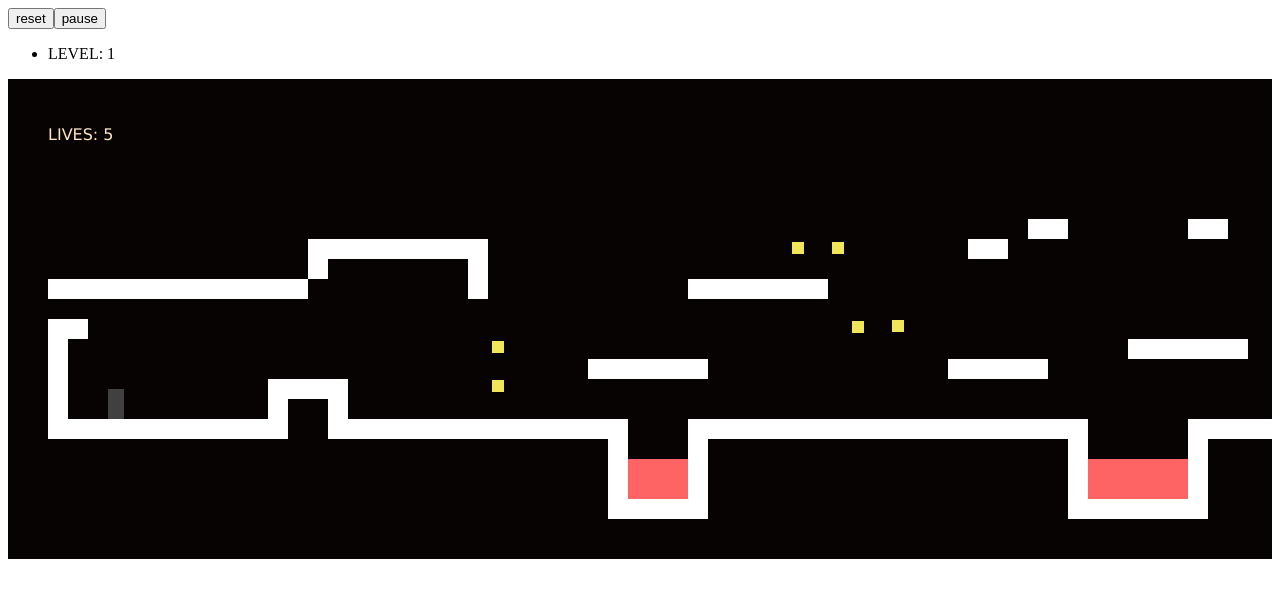
Repository: luccas-teddy/examenlucas
Page: index.html
The author's editor kept a copy of each file at every save. The page is drawn from the files as they stood at one save, then again after the next save.
The browser window is 1280 px wide. The pictures show the whole page.

Above is the page before, as saved 2021-02-11 22:54:28.

### index.html
<!doctype html>
<table>
<tr>
  <button id="reset" class="gamebutton" onclick="this.blur();">reset</button>
  <button id="pause" class="gamebutton" onclick="this.blur();">pause</button>
</tr>


<ul>
  <li id="lives" class="statss">LIVES: 5</li>
  <li id="level" class="stats">LEVEL: 1</li>
</ul>
</table>


<script src="code/chapter/16_game.js"></script>
<script src="code/levels.js"></script>

<link rel="stylesheet" href="css/game.css">

<body>
  <script>
    runGame(GAME_LEVELS, DOMDisplay);
  </script>
</body>

### code/levels.js
var GAME_LEVELS = [`
................................................................................
................................................................................
................................................................................
................................................................................
................................................................................
................................................................................
..................................................................###...........
...................................................##......##....##+##..........
...............#########...............o.o......##...............#+++#..........
...............#.......#.........................................##+##..........
..#############........#..........#######.........................#v#...........
............................................................................##..
..##......................................o.o................................#..
..#.....................o...............................######.............#....
..#..........................######............#####.....................o.#....
..#..........####.......o....................................................#..
..#..@.......#..#................................................#####.......#..
..############..###############...####################.....#######...#########..
..............................#...#..................#.....#....................
..............................#+++#..................#+++++#....................
..............................#+++#..................#+++++#....................
..............................#####..................#######....................
................................................................................
................................................................................
`,`
................................................................................
................................................................................
....###############################.............................................
...##.............................##########################################....
...#.......................................................................##...
...#....o...................................................................#...
...#................................................=.......................#...
...#.o........################...................o..o...........|........o..#...
...#.........................#..............................................#...
...#....o....................##########.....###################....##########...
...#..................................#+++++#.................#....#............
...###############....oo......=o.o.o..#######.###############.#....#............
.....#...............o..o.............#.......#......#........#....#............
.....#....................#############..######.####.#.########....########.....
.....#.............########..............#...........#.#..................#.....
.....#..........####......####...#####################.#..................#.....
.....#........###............###.......................########....########.....
.....#.......##................#########################......#....#............
.....#.......#................................................#....#............
.....###......................................................#....#............
.......#...............o...........................................#............
.......#...............................................o...........#............
.......#########......###.....############.........................##...........
.............#..................#........#####....#######.o.........########....
.............#++++++++++++++++++#............#....#.....#..................#....
.............#++++++++++++++++++#..........###....###...####.o.............#....
.............####################..........#........#......#.....|.........#....
...........................................#++++++++#......####............#....
...........................................#++++++++#.........#........@...#....
...........................................#++++++++#.........##############....
...........................................##########...........................
................................................................................
`,`
......................................#++#........................#######....................................#+#..
......................................#++#.....................####.....####.................................#+#..
......................................#++##########...........##...........##................................#+#..
......................................##++++++++++##.........##.............##...............................#+#..
.......................................##########++#.........#....................................o...o...o..#+#..
................................................##+#.........#.....o...o....................................##+#..
.................................................#+#.........#................................###############++#..
.................................................#v#.........#.....#...#........................++++++++++++++##..
.............................................................##..|...|...|..##............#####################...
..............................................................##+++++++++++##............v........................
...............................................................####+++++####......................................
...............................................#.....#............#######........###.........###..................
...............................................#.....#...........................#.#.........#.#..................
...............................................#.....#.............................#.........#....................
...............................................#.....#.............................##........#....................
...............................................##....#.............................#.........#....................
...............................................#.....#......o..o.....#...#.........#.........#....................
...............#######........###...###........#.....#...............#...#.........#.........#....................
..............##.....##.........#...#..........#.....#.....######....#...#...#########.......#....................
.............##.......##........#.o.#..........#....##...............#...#...#...............#....................
.....@.......#.........#........#...#..........#.....#...............#...#...#...............#....................
....###......#.........#........#...#..........#.....#...............#...#####...######......#....................
....#.#......#.........#.......##.o.##.........#.....#...............#.....o.....#.#.........#....................
++++#.#++++++#.........#++++++##.....##++++++++##....#++++++++++.....#.....=.....#.#.........#....................
++++#.#++++++#.........#+++++##.......##########.....#+++++++##+.....#############.##..o.o..##....................
++++#.#++++++#.........#+++++#....o.................##++++++##.+....................##.....##.....................
++++#.#++++++#.........#+++++#.....................##++++++##..+.....................#######......................
++++#.#++++++#.........#+++++##.......##############++++++##...+..................................................
++++#.#++++++#.........#++++++#########++++++++++++++++++##....+..................................................
++++#.#++++++#.........#++++++++++++++++++++++++++++++++##.....+..................................................
`,`
..............................................................................................................
..............................................................................................................
........................................o.....................................................................
..............................................................................................................
........................................#.....................................................................
........................................#.....................................................................
........................................#.....................................................................
........................................#.....................................................................
.......................................###....................................................................
.......................................#.#.................+++........+++..###................................
.......................................#.#.................+#+........+#+.....................................
.....................................###.###................#..........#......................................
......................................#...#.................#...oooo...#.......###............................
......................................#...#.................#..........#......#+++#...........................
......................................#...#.................############.......###............................
.....................................##...##......#...#......#................................................
......................................#...#########...########..............#.#...............................
......................................#...#...........#....................#+++#..............................
......................................#...#...........#.....................###...............................
.....................................##...##..........#.......................................................
......................................#...#=.=.=.=....#............###........................................
......................................#...#...........#...........#+++#.......................................
......................................#...#....=.=.=.=#.....o......###.......###..............................
.....................................##...##..........#.....................#+++#.............................
..............................o...o...#...#...........#.....#................##v........###...................
......................................#...#...........#..............#.................#+++#..................
.............................###.###.###.###.....o.o..#++++++++++++++#...................v#...................
.............................#.###.#.#.###.#..........#++++++++++++++#........................................
.............................#.............#...#######################........................................
.............................##...........##.........................................###......................
..###.........................#.....#.....#.........................................#+++#................###..
..#.#.........................#....###....#..........................................###.................#.#..
..#...........................#....###....#######........................#####.............................#..
..#...........................#...........#..............................#...#.............................#..
..#...........................##..........#..............................#.#.#.............................#..
..#.......................................#.......|####|....|####|.....###.###.............................#..
..#................###.............o.o....#..............................#.........###.....................#..
..#...............#####.......##..........#.............................###.......#+++#..........#.........#..
..#...............o###o.......#....###....#.............................#.#........###..........###........#..
..#................###........#############..#.oo.#....#.oo.#....#.oo..##.##....................###........#..
..#......@..........#.........#...........#++#....#++++#....#++++#....##...##....................#.........#..
..#############################...........#############################.....################################..
..............................................................................................................
..............................................................................................................
`,`
..................................................................................................###.#.......
......................................................................................................#.......
..................................................................................................#####.......
..................................................................................................#...........
..................................................................................................#.###.......
..........................o.......................................................................#.#.#.......
.............................................................................................o.o.o###.#.......
...................###................................................................................#.......
.......+..o..+................................................#####.#####.#####.#####.#####.#####.#####.......
.......#.....#................................................#...#.#...#.#...#.#...#.#...#.#...#.#...........
.......#=.o..#............#...................................###.#.###.#.###.#.###.#.###.#.###.#.#####.......
.......#.....#..................................................#.#...#.#...#.#...#.#...#.#...#.#.....#.......
.......+..o..+............o..................................####.#####.#####.#####.#####.#####.#######.......
..............................................................................................................
..........o..............###..............................##..................................................
..............................................................................................................
..............................................................................................................
......................................................##......................................................
...................###.........###............................................................................
..............................................................................................................
..........................o.....................................................#......#......................
..........................................................##.....##...........................................
.............###.........###.........###.................................#..................#.................
..............................................................................................................
.................................................................||...........................................
..###########.................................................................................................
..#.........#.o.#########.o.#########.o.##................................................#...................
..#.........#...#.......#...#.......#...#.................||..................#.....#.........................
..#..@......#####...o...#####...o...#####.....................................................................
..#######.....................................#####.......##.....##.....###...................................
........#=..................=................=#...#.....................###...................................
........#######################################...#+++++++++++++++++++++###+++++++++++++++++++++++++++++++++++
..................................................############################################################
..............................................................................................................
`];

if (typeof module != "undefined" && module.exports && (typeof window == "undefined" || window.exports != exports))
  module.exports = GAME_LEVELS;
if (typeof global != "undefined" && !global.GAME_LEVELS)
  global.GAME_LEVELS = GAME_LEVELS;
async function runGame(plans, Display) {
  for (let level = 0; level < plans.length;) {
    let status = await runLevel(new Level(plans[level]),
                                Display);
    if (status == "won") level++;
  }
  console.log("You've won!");
}

async function runGame(plans, Display)
{
  this.lives = 5;
  document.getElementById("reset").addEventListener("click", () => { document.location.reload(); })
  document.getElementById("pause").addEventListener("click", () => { this.paused; })
  this.livesView = document.getElementById("lives");
  this.levelView = document.getElementById("level");

  for (let level = 0; level < plans.length && lives > 0;)
  {
    let status = await runLevel(new Level(plans[level]),
      Display);
    if (status == "won")
    {
      level++;
      this.levelView.innerHTML = "LEVEL: " + `${ level + 1 }`;
    }
    else
    {
      lives--;
      this.livesView.innerHTML = "LIVES: " + this.lives;
    }

  }
  if (lives > 0)
  {
    console.log("You've won!");
    document.location.reload();
    document.write();

  }
  else
  {
    console.log("Perdiste!");
    document.location.reload();
  }
}

### css/game.css
.background    { background-color:rgb(8, 3, 3)
}

 .background     {background :rgb (55, 167, 250)
                  background-image url(bosque.jpg);
                  background-repeat :no-repeat;
                  background-size: cover ;
                   table-layout: fixed;
                   border-spacing:  0;   }

.background td   { padding: 0;   }
.lava            { background: rgb(255, 100, 100); }
.wall            { background: rgb(255, 255, 255);   }

.actor  { position: absolute;  }

.coin   { background: rgb(241, 229, 89); }
.player { background: rgb(64, 64, 64); }

.game {
  overflow: hidden;
  max-width: 1500px;
  max-height: 820px;
  position: relative;
}

.lost .player {
  background: rgb(160, 64, 64);
}
.won .player {
  box-shadow: -4px -7px 8px white, 4px -7px 8px white;
}
stats{
     list-style-type: none;
  font-family: "Lucida Sans", "Lucida Sans Regular", "Lucida Grande",
    "Lucida Sans Unicode", Geneva, Verdana, sans-serif;
  text-transform: uppercase;
  color: rgb(196, 200, 255);
  z-index: 10;
  position: absolute;
  text-align: left;
  margin-top: 40px;
}
.statss{
   list-style-type: none;
  font-family: "Lucida Sans", "Lucida Sans Regular", "Lucida Grande",
    "Lucida Sans Unicode", Geneva, Verdana, sans-serif;
  text-transform: uppercase;
  color: bisque;
  z-index: 10;
  position: absolute;
  text-align: left;
  margin-top: 80px;
}

Loaded but not shown: code/chapter/16_game.js (359 lines, source omitted)

After the next save:
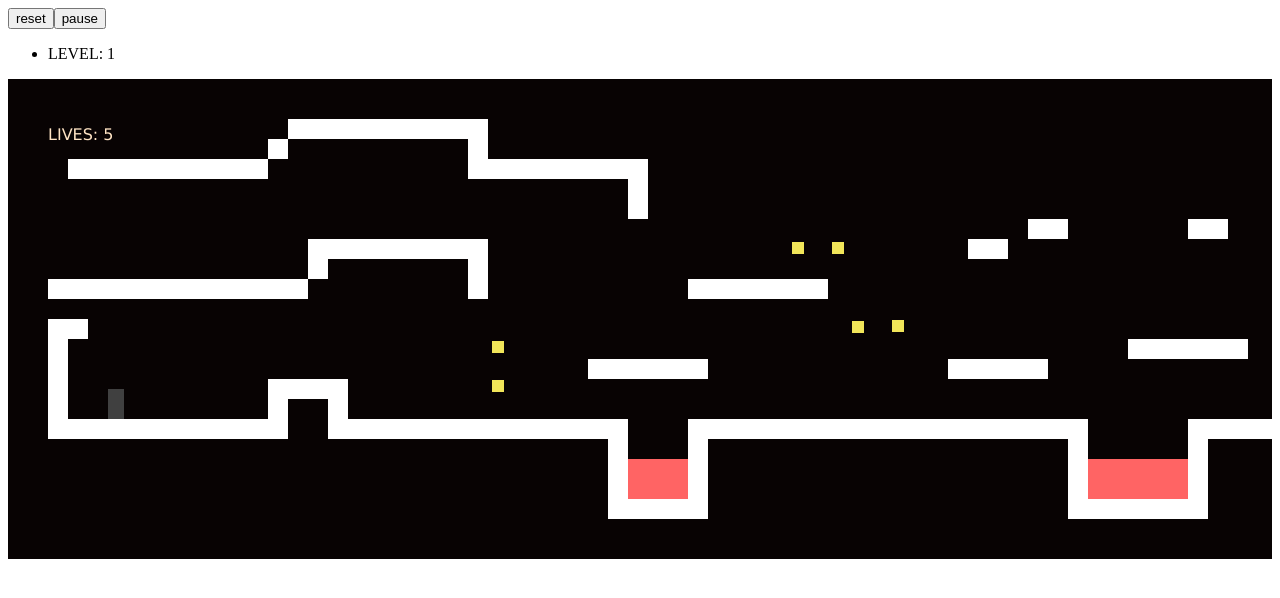
Saved 2 min 55 s later.
--- a/code/levels.js
+++ b/code/levels.js
@@ -1,11 +1,11 @@
 var GAME_LEVELS = [`
 ................................................................................
 ................................................................................
-................................................................................
-................................................................................
-................................................................................
-................................................................................
-..................................................................###...........
+..............##########........................................................
+.............#.........#........................................................
+...##########..........#########................................................
+...............................#................................................
+...............................#..................................###...........
 ...................................................##......##....##+##..........
 ...............#########...............o.o......##...............#+++#..........
 ...............#.......#.........................................##+##..........
